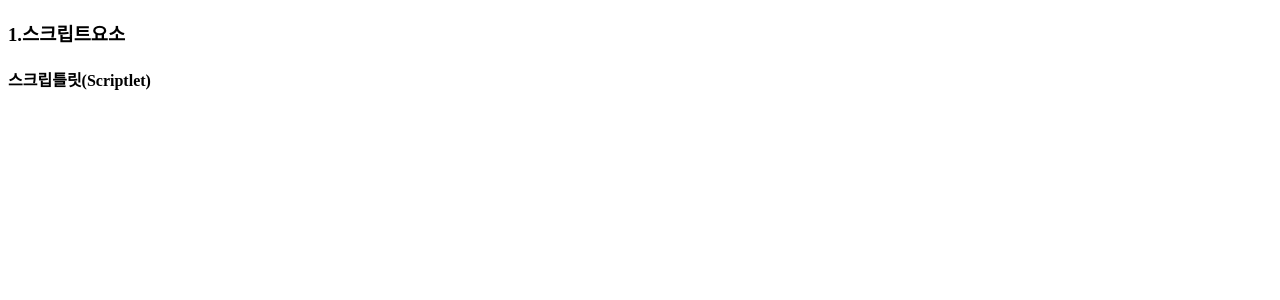
Repository: gahuileeee/JSP
Page: http://localhost/ch02/1.스크립요소.jsp
These files come from the project's save history. The page is drawn as it stood at one moment and after the next save; the edit follows.
The browser window is 1280 px wide. The pictures show the whole page.
The page is served by Tomcat 9. Other server files are loaded and not shown.

Above is the page before, as saved 2024-01-29 01:18:42.

### ch02/src/main/webapp/1.스크립요소.jsp
<%@ page  contentType="text/html; charset=UTF-8" pageEncoding="UTF-8"%>
<!DOCTYPE html>
<html>
<head>
<meta charset="UTF-8">
	<title>1. 스크립트요소</title>
	<%--jsp 주석 --%>

</head>
	<body>
		<h3>1.스크립트요소</h3>
		<h4>스크립틀릿(Scriptlet)</h4>
		<%
		int var1 = 1;
		boolean var2= true;
		double var3= 3.14;
		String var4= "hello";
		%>
	</body>
</html>

After the next save:
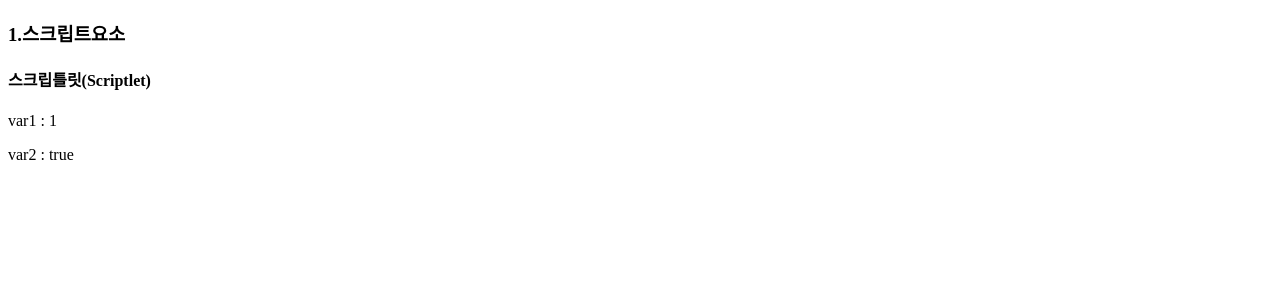
Saved 63 s later.
--- a/ch02/src/main/webapp/1.스크립요소.jsp
+++ b/ch02/src/main/webapp/1.스크립요소.jsp
@@ -15,6 +15,8 @@
 		boolean var2= true;
 		double var3= 3.14;
 		String var4= "hello";
+		out.println("<p>var1 : "+var1+" </p>");
+		out.println("<p>var2 : "+var2+" </p>");
 		%>
 	</body>
 </html>
